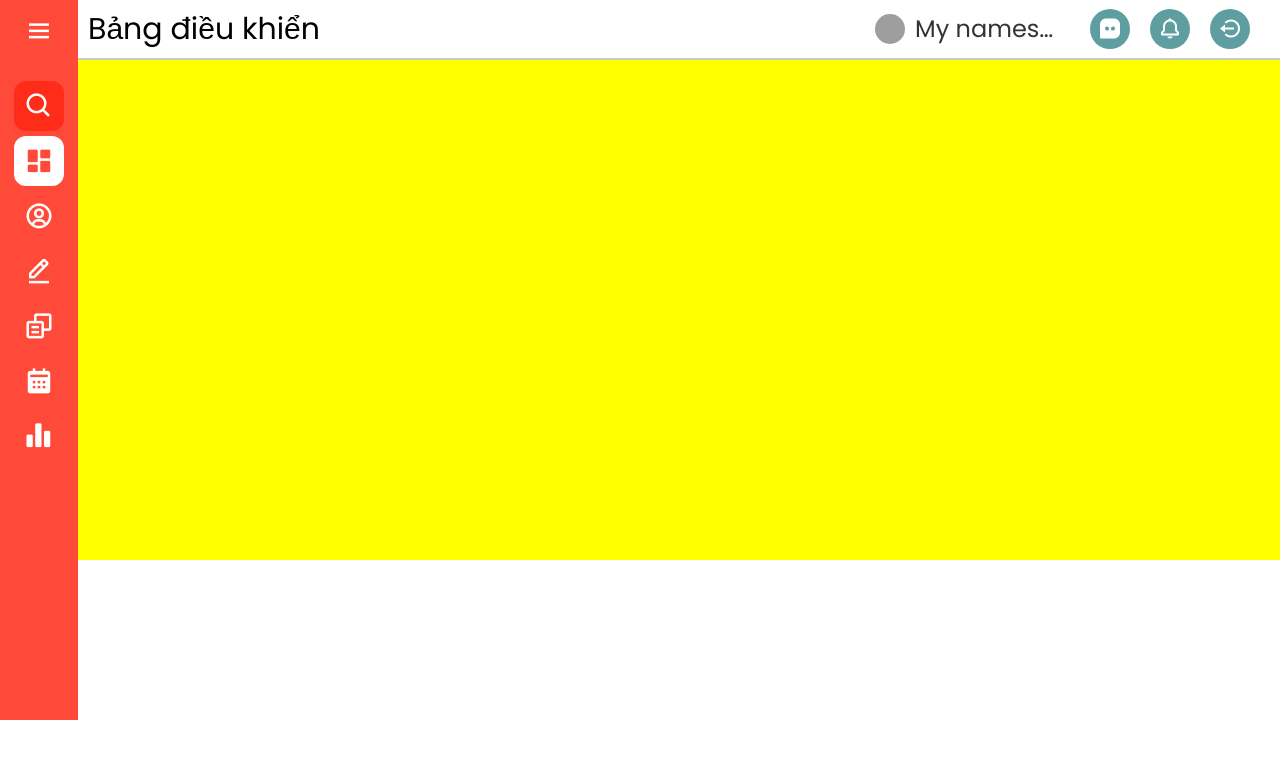
Repository: ThangQuyeenf/Wassefy.github.io
Page: teacher.html
These files come from the project's save history. The page is drawn as it stood at one moment and after the next save; the edit follows.
The browser window is 1280 px wide. The pictures show the whole page.
Pictures or frames that could not be fetched are drawn as grey boxes.

Above is the page before, as saved 2021-08-31 08:34:58.

### teacher.html
<!DOCTYPE html>
<html lang="en">
<head>
    <meta charset="UTF-8">
    <meta http-equiv="X-UA-Compatible" content="IE=edge">
    <meta name="viewport" content="width=device-width, initial-scale=1.0">
    <link rel="stylesheet" href="./CSS/general.css" type="text/css">
    <link rel="stylesheet" href="./CSS/teacher.css" type="text/css">
    <link rel="stylesheet" href="./CSS/table.css" type = "text/css">
    <script type = "text/javascript" src="./JS/teacher.js" defer ></script>
    <script type = "text/javascript" src="./JS/general.js" defer ></script>
    <link href='https://unpkg.com/boxicons@2.0.9/css/boxicons.min.css' rel='stylesheet'>
     <script type="module" src="https://unpkg.com/ionicons@5.5.2/dist/ionicons/ionicons.esm.js"></script>
    <script nomodule src="https://unpkg.com/ionicons@5.5.2/dist/ionicons/ionicons.js"></script>
</head>
<body>
    <div class="container">
        <!-- // header -->
        <div class="header">
            <div id="func_select">Bảng điều khiển</div>
            <div class="user">
                <div class="user-info">
                    <img src="./IMG/basket11.jpg" alt="" class="user_img">
                    <div class="user_names">My names adasdsadssd</div>
                </div>
                <div class="user_message">
                    <i class='bx bxs-message-square-dots'></i>
                </div>
                <div class="user_notification">
                    <i class='bx bx-bell'></i>
                </div>
                <div class="user_logout">
                    <i class='bx bx-log-out-circle'></i>
                </div>
            </div>
        </div>
        <!-- // Menu -->
        <div class="navigation">
            <div class="logo_content">
                <div class="logo">
                    <i class='bx bxs-analyse'></i>
                    <div class="logo-name">EMS</div>
                </div>
                <i class='bx bx-menu' id="menu-btn"></i>
            </div>
            <ul class="nav_list">
                <li>
                    <i class='bx bx-search'></i>
                    <input type="text" placeholder="Search...">
                    <span class="tooltip">Search</span>
                </li>
                <li>
                    <a href="#" class="list active">

                        <i class='bx bxs-dashboard'></i>
                        <span class="links_name">Bảng điều khiển</span>
                    </a>
                    <span class="tooltip">Bảng điều khiển </span>
                </li>
                 <li>
                    <a href="#" class="list">
                        <i class='bx bx-user-circle'></i>
                        <span class="links_name">Hồ sơ giảng viên</span>
                    </a>
                    <span class="tooltip">Hồ sơ giảng viên</span>
                </li>
                <li>
                    <a href="#" class="list">
                        <i class='bx bx-edit-alt'></i>
                        <span class="links_name">Đăng ký giảng dạy</span>
                    </a>
                    <span class="tooltip">Đăng ký giảng dạy</span>
                </li>
                <li>
                    <a href="#" class="list">
                        <i class='bx bx-copy-alt'></i>
                        <span class="links_name">Phân công giảng dạy</span>
                    </a>
                    <span class="tooltip">Phân công giảng dạy</span>
                </li>
                <li>
                    <a href="#" class="list">
                        <i class='bx bxs-calendar'></i>
                        <span class="links_name">Thời khóa biểu</span>
                    </a>
                    <span class="tooltip">Thời khóa biểu</span>
                </li>
                <li>
                    <a href="#" class="list">
                        <i class='bx bxs-bar-chart-alt-2'></i>
                        <span class="links_name">Quản lý điểm</span>
                    </a>
                    <span class="tooltip">Quản lý điểm</span>
                </li>
            </ul>
        </div>
        <!-- // Content - Nội dung
        // Bảng điều khiển -->
         <div class="content active">
            <div class="dashboard"></div>
        </div>
        <!-- // Hồ sơ giảng viên -->
        <div class="content">

        </div>
        <!-- // Đăng ký giảng dạy -->
        <div class="content">

        </div>
        <!-- Phân công giảng dạy -->
        <div class="content">

        </div>
        <!-- Thời khóa biểu -->
        <div class="content">

        </div>
        <!-- Quản lý điểm -->
        <div class="content">
        </div>
    </div>
</body>
</html>

### CSS/general.css
@import url('https://fonts.googleapis.com/css2?family=Poppins:wght@200;300;400;500;600;700;800;900&display=swap');

*
{
    margin: 0;
    padding: 0;
    box-sizing: border-box;
    font-family: 'Poppins', sans-serif;
}

body {
    min-height: 100vh;
    /* background:red; */
}
.container{
    width: 100%;
    margin: auto auto;
    display: grid;
    grid-template-columns: 78px calc(100% - 78px);
    grid-gap: 0 0;
    transition: all .4s ease;
    grid-template-areas:
    "h2 h1 "
    "h2 h3";
}
.container.active{
    transition: all .4s ease;/* */
    grid-template-columns: 240px calc(100% - 240px);
}

.header{
    position: relative;
    grid-area: h1;
    height: 60px;
    /* background-color: salmon; */
    transition: all .4s ease;
    width: 100%;
    display: flex;
    border-bottom: 2px solid rgba(0, 0,0, 0.2);
    /* border-radius: -40px;
    border-bottom-left-radius: 40px; */
}
#func_select{
    text-align: center;
    position: absolute;
    top: 50%;
    left: 10px;
    font-size: 30px;
    transform: translateY(-50%);
}
.user{
    display: flex;
    text-align: center;
    justify-content: space-between;
    position: absolute;
    right: 10px;
    top: 50%;
    transform: translateY(-50%);
    float: right;
    margin: 0 10px;
    font-size: 24px;
    color: #fff;
    line-height: 40px;
    align-items: center;
}
.user-info{
    height: 40px;
    border-radius: 40px;
    display:flex;
    max-width: 200px;
    align-items: center;
    margin-right: 10px;
    /* background-color: aquamarine; */
    justify-content: space-between;
}
.user-info:hover{
    background: #b1c9ca;
    transition: all .2s ease;
    cursor: pointer;
}
.user_img{
    padding: 5px;
    height: 40px;
    width: 40px;
    border-radius: 40px;
    margin-right: 0 10px;
}
.user_names{
    padding: 5px;
    margin-right: 10px;
    color: #333;
    text-align: left;
    display:-webkit-box;
    -webkit-line-clamp:1;
    -webkit-box-orient: vertical;
    overflow: hidden;
    text-overflow: ellipsis;
    word-break: break-word;
}
.user_message{
    height: 40px;
    width: 40px;
    border-radius: 40px;
    margin: 0 10px;
    background: cadetblue;
}
.user_notification{
    height: 40px;
    width: 40px;
    border-radius: 40px;
    background: cadetblue;
    margin: 0 10px;
}
.user_logout{
    height: 40px;
    width: 40px;
    border-radius: 40px;
    background: cadetblue;
    margin: 0 10px;
}
.user i{
    height: 40px;
    line-height: 40px;
    text-align: center;
}
.user_notification:hover,.user_message:hover,.user_logout:hover{
    background: #b1c9ca;
    transition: all .2s ease;
}


.navigation{
    position: relative;
    grid-area: h2;
    height: 100vh;
    background-color: darksalmon;
    transition: all .4s ease;
}
.navigation
{
    position: fixed;
    z-index: 1000;
    top: 0px;
    left: 0px;
    background-color: #ff1c08cc;
    padding: 6px 14px;
    width: 78px;
    transition: all 0.4s ease;
}
.navigation.active{
    width: 240px;
}
.navigation .logo_content .logo{
    color: #fff;
    display: flex;
    height: 50px;
    width: 100%;
    align-items: center;
    opacity: 0;
    pointer-events: none;
    transition:all .4s ease;
}
.navigation.active .logo_content .logo{
    opacity: 1;
    pointer-events: none;
}
.logo_content .logo i{
    font-size: 40px;
    margin-right: 5px;
}
.logo_content .logo .logo-name{
    font-size: 40px;
    font-weight: 500;
}
.navigation #menu-btn{
    color: #fff;
    position: absolute;
    left: 50%;
    top: 6px;
    font-size: 30px;
    width: 50px;
    height: 50px;
    text-align: center;
    line-height: 50px;
    transform: translateX(-50%);
}
.navigation.active #menu-btn{
    left: 90%;
}
.nav_list{
    margin-top: 25px;
}
.nav_list li{
    position: relative;
    height: 50px;
    width: 100%;
    margin: 5px 0;
    list-style-type: none;
    line-height: 50px;
}
.nav_list li a{
    color: #fff;
    display: flex;
    align-items: center;
    text-decoration: none;
    transition: all .4s ease;
    border-radius: 12px;
    white-space: nowrap;
}
.nav_list li a:hover{
    color: #ff1c08cc;
    background: #fff;
}
.list.active{
    color: #ff1c08cc;
    background: #fff;
}
.nav_list li input{
    position: absolute;
    height: 100%;
    width: 100%;
    left: 0;
    top: 0;
    border-radius: 12px;
    outline: none;
    border: none;
    background: #ff1c089e;
    padding-left: 50px;
    font-size: 18px;
    color: #fff;
}
.nav_list li .bx-search{
    position: absolute;
    z-index: 1001;
    color: #fff;
    font-size: 30px;
}
.nav_list li .bx-search:hover{
    background: #fff;
    color: #ff1c08cc;
}
.nav_list li i{
    height: 50px;
    min-width: 50px;
    border-radius: 12px;
    line-height: 50px;
    font-size: 30px;
    text-align: center;
}
.tooltip{
    position: absolute;
    left: 122px;
    top: 0;
    transform: translate(-50%, -50%);
    /* height: 35px; */
    min-width: 180px;
    max-width: 240px;
    background: #fff;
    box-shadow: 0 5px 10px rgba(0, 0, 0 ,0.2);
    border-radius: 12px;
    line-height: 35px;
    text-align: center;
    transition: 0s;
    opacity: 0;
    pointer-events: none;
    display: block;
}
.nav_list li:hover .tooltip{
    top: 50%;
    opacity: 1;
    transition: all .4s ease;
}
.nav_list.active li .tooltip{
    display: none;
}
.nav_list .links_name{
    opacity: 0;
    pointer-events: none;
    transition:all .4s ease;
    /* display:-webkit-box; */
    -webkit-line-clamp:1;
    -webkit-box-orient: vertical;
    overflow: hidden;
    text-overflow: ellipsis;
    word-break: break-word;
}
.nav_list.active .links_name{
    opacity: 1;
    pointer-events: auto;
}

.content{
    grid-area: h3;
    transition: all .4s ease;
    min-height: 100vh;
    position: relative;
    opacity: 0;
    display: none;
}
.content.active{
    display: block;
    opacity: 1;
    z-index: 1;
}
.del{
    height: 25px;
    width: 25px;
    border-radius: 6px;
    border: none;
    background-color: red;
    color: #fff;
}
.del:hover{
    opacity: 0.6;
    cursor: pointer;
}
.bottom-100{
   margin-bottom: 100px;
}
.del{
    height: 25px;
    width: 25px;
    border-radius: 6px;
    border: none;
    background-color: red;
    color: #fff;
}
.del:hover{
    opacity: 0.6;
    cursor: pointer;
}

.warning-text{
    color: red;
    /* font-size: 28px; */
}

### CSS/teacher.css
.dashboard{
    width: 100%;
    height: 500px;
    background-color:yellow;
    opacity: 1;
    position: absolute;
    top: 0;
    left: 0;
}

### CSS/table.css
/* --colNum: 8; */

.total{
    margin-top: -2px;
    position: relative;
    width: 96%;
    height: 45px;
    left: 50%;
    transform: translateX(-50%);
    border-left: 1px solid rgba(0, 0, 0 ,0.2);
    border-right: 1px solid rgba(0, 0, 0 ,0.2);
    border-bottom: 1px solid rgba(0, 0, 0 ,0.2);
    display: flex;
    justify-content: space-between;
    align-items: center;
    padding-left: 30px;
    /* margin-left: 20px; */
}
.title{
    margin-top: 20px;
    text-align: center;
}
.table{
    /* margin-left: 20px; */
    margin-top: 20px;
    position: relative;
    min-height: 107px;
    width: 96%;
    left: 50%;
    transform: translateX(-50%);
    border: 1px solid rgba(0, 0, 0 ,0.2);
    /* border-radius: 6px; */
    overflow: hidden;
}
.table li{
    padding: 10px 0;
    display: flex;
    justify-content: space-between;
    text-align: center;
    position: relative;
    min-height: 45px;
}
.table-header{
    background-color: #95A5A6;
    font-size: 14px;
    text-transform: uppercase;
    letter-spacing: 0.03em;
}
.row{
    background-color: #ffffff;
    min-height: 45px;
    display: flex;
    justify-content: space-between;
    align-items: center;
    flex-direction: row;
}
.table .last-row{
    position: absolute;
    width: 100%;
    bottom: 0;
}
.table li:last-child{
    border-top: 1px solid rgba(0, 0, 0 ,0.2);
}

.col{
    flex-basis: 1;
    width: 100%;
    position: relative;
    /* height: 45px; */
    /* margin-top: -10px; */
}
.col-equa{
    flex-basis: calc(100%/7);
}

.col-p5{
    flex-basis: 5%;
}
.col-p8{
    flex-basis: 8%;
}
.col-p10{
    flex-basis: 10%;
}
.col-p12{
    flex-basis: 12%;
}
.col-p15{
    flex-basis: 15%;
}
.col-p20{
    flex-basis: 20%;
}
.col-p25{
    flex-basis: 25%;
}
.col-p30{
    flex-basis: 30%;
}
.col-p35{
    flex-basis: 35%;
}
.col-p40{
    flex-basis: 40%;
}
.col-p45{
    flex-basis: 45%;
}
.col-half{
    flex-basis: 50%;
}

.underline{
    border-top: 1px solid rgba(0, 0, 0 ,0.2);
}

.line-5{
    height: 100%;
    width: 1px;
    background-color: rgba(0, 0, 0 ,0.2);
    position: absolute;
    left: 5%;
    z-index: 2;
}
.line-10{
    height: 100%;
    width: 1px;
    background-color: rgba(0, 0, 0 ,0.2);
    position: absolute;
    left: 10%;
    z-index: 2;
}
.line-15{
    height: 100%;
    width: 1px;
    background-color: rgba(0, 0, 0 ,0.2);
    position: absolute;
    left: 15%;
    z-index: 2;
}
.line-20{
    height: 100%;
    width: 1px;
    background-color: rgba(0, 0, 0 ,0.2);
    position: absolute;
    left: 20%;
    z-index: 2;
}
.line-25{
    height: 100%;
    width: 1px;
    background-color: rgba(0, 0, 0 ,0.2);
    position: absolute;
    left: 25%;
    z-index: 2;
}
.line-30{
    height: 100%;
    width: 1px;
    background-color: rgba(0, 0, 0 ,0.2);
    position: absolute;
    left: 30%;
    z-index: 2;
}
.line-35{
    height: 100%;
    width: 1px;
    background-color: rgba(0, 0, 0 ,0.2);
    position: absolute;
    left: 35%;
    z-index: 2;
}
.line-40{
    height: 100%;
    width: 1px;
    background-color: rgba(0, 0, 0 ,0.2);
    position: absolute;
    left: 40%;
    z-index: 2;
}
.line-45{
    height: 100%;
    width: 1px;
    background-color: rgba(0, 0, 0 ,0.2);
    position: absolute;
    left: 45%;
    z-index: 2;
}
.line-50{
    height: 100%;
    width: 1px;
    background-color: rgba(0, 0, 0 ,0.2);
    position: absolute;
    left: 50%;
    z-index: 2;
}
.line-55{
    height: 100%;
    width: 1px;
    background-color: rgba(0, 0, 0 ,0.2);
    position: absolute;
    left: 55%;
    z-index: 2;
}
.line-60{
    height: 100%;
    width: 1px;
    background-color: rgba(0, 0, 0 ,0.2);
    position: absolute;
    left: 60%;
    z-index: 2;
}
.line-65{
    height: 100%;
    width: 1px;
    background-color: rgba(0, 0, 0 ,0.2);
    position: absolute;
    left: 65%;
    z-index: 2;
}
.line-70{
    height: 100%;
    width: 1px;
    background-color: rgba(0, 0, 0 ,0.2);
    position: absolute;
    left: 70%;
    z-index: 2;
}
.line-75{
    height: 100%;
    width: 1px;
    background-color: rgba(0, 0, 0 ,0.2);
    position: absolute;
    left: 75%;
    z-index: 2;
}
.line-80{
    height: 100%;
    width: 1px;
    background-color: rgba(0, 0, 0 ,0.2);
    position: absolute;
    left: 80%;
    z-index: 2;
}
.line-85{
    height: 100%;
    width: 1px;
    background-color: rgba(0, 0, 0 ,0.2);
    position: absolute;
    left: 85%;
    z-index: 2;
}
.line-90{
    height: 100%;
    width: 1px;
    background-color: rgba(0, 0, 0 ,0.2);
    position: absolute;
    left: 90%;
    z-index: 2;
}
.line-95{
    height: 100%;
    width: 1px;
    background-color: rgba(0, 0, 0 ,0.2);
    position: absolute;
    left: 95%;
    z-index: 2;
}

### JS/general.js
let menuToggle = document.querySelector('#menu-btn');
let container = document.querySelector('.container');
let navigation = document.querySelector('.navigation');
let navList = document.querySelector('.nav_list');
let search = document.querySelector('.bx-search');
let header = document.querySelector('.header')
menuToggle.onclick = function(e){
    container.classList.toggle('active');
    navigation.classList.toggle('active');
    navList.classList.toggle('active');
}
search.onclick = function(e){
    container.classList.toggle('active');
    navigation.classList.toggle('active');
    navList.classList.toggle('active');
}
let list = document.querySelectorAll('.list');
let content = document.querySelectorAll('.content');
const FuncName1 = [
    'Bảng điều khiển',
    'Hồ sơ sinh viên',
    'Đăng ký học phần',
    'Đăng ký lớp học',
    'Thời khóa biểu',
    'Kết quả học tập',
    'Công nợ học phí',
    'Đăng ký dich vụ'
];
const FuncName2 = [
    'Bảng điều khiển',
    'Hồ sơ giảng viên',
    'Đăng ký giảng dạy',
    'Phân công giảng dạy',
    'Thời khóa biểu',
    'Quản lý điểm'
]
for( let i= 0; i<list.length; i++){
    list[i].onclick = function(){
        let j = 0;
        while( j < list.length){
            let tmp = j++;
            list[tmp].className = 'list';
            content[tmp].className = 'content';
        }
        list[i].className = 'list active';
        content[i].className = 'content active';
        if (list.length > 6){
            document.getElementById('func_select').innerHTML = `${FuncName1[i]}`;
        }else{
            document.getElementById('func_select').innerHTML = `${FuncName2[i]}`;
        }
    }
}

Loaded but not shown: JS/teacher.js (empty)

After the next save:
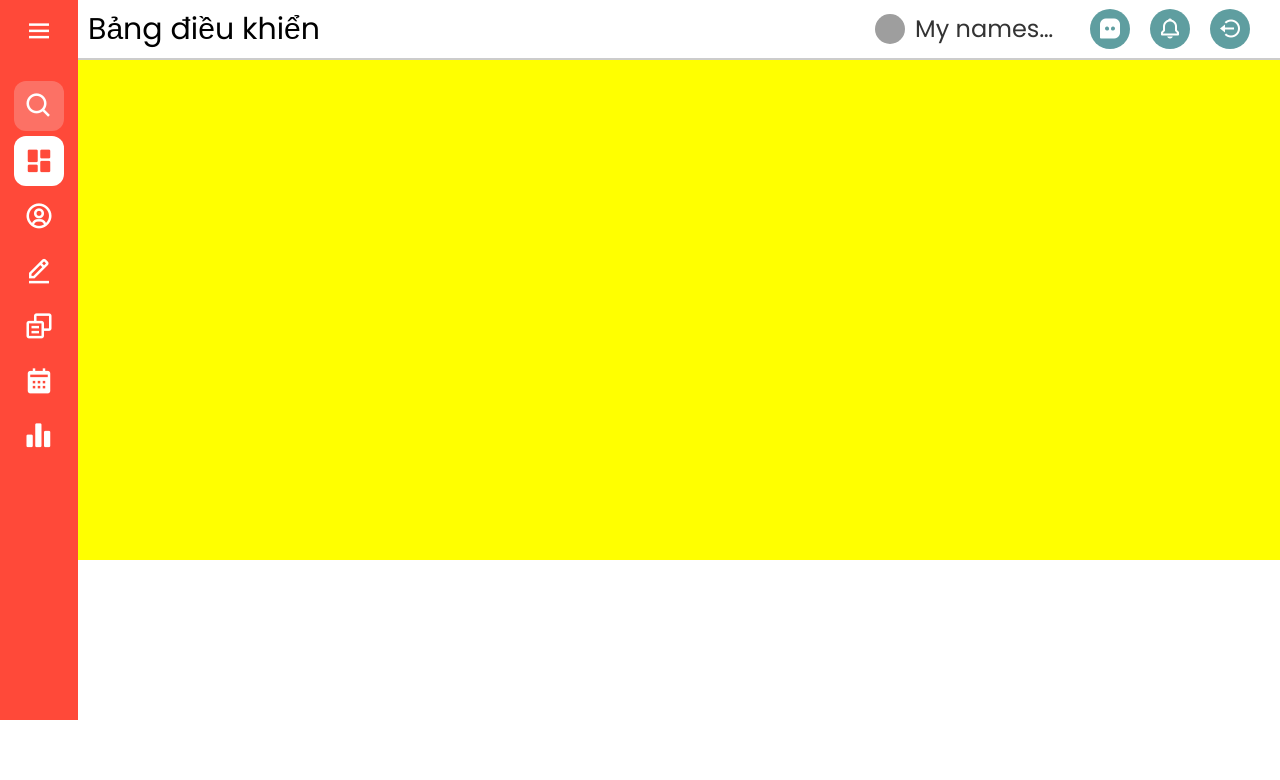
Saved 82 s later.
--- a/CSS/general.css
+++ b/CSS/general.css
@@ -224,7 +224,7 @@ body {
     border-radius: 12px;
     outline: none;
     border: none;
-    background: #ff1c089e;
+    background: #fb8c829e;
     padding-left: 50px;
     font-size: 18px;
     color: #fff;
